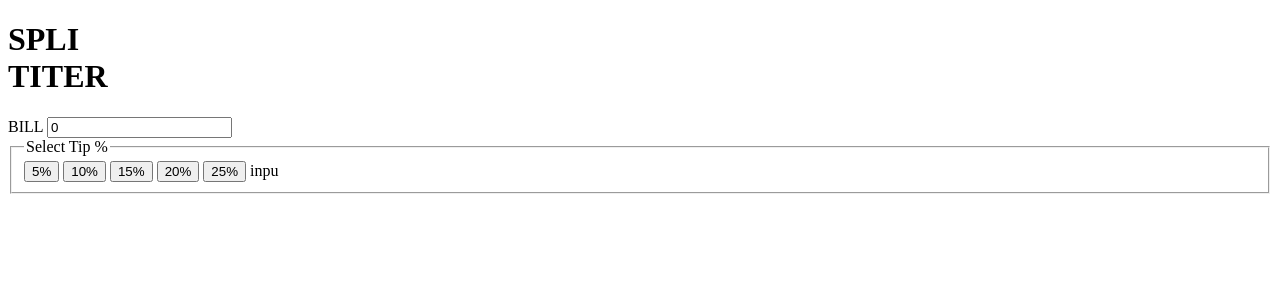
Repository: kellyjohanasalb/calduladora
Page: index.html
The author's editor kept a copy of each file at every save. The page is drawn from the files as they stood at one save, then again after a run of saves.
The browser window is 1280 px wide. The pictures show the whole page.

Above is the page before, as saved 2023-08-15 21:14:41.

### index.html
<!DOCTYPE html>
<html lang="en">
<head>
    <meta charset="UTF-8">
    <meta name="viewport" content="width=, initial-scale=1.0">
    <title>Calculadora</title>
</head>
<body>
    <header class="header">
        <h1 class="header__title">SPLI <br> TITER</h1>
    </header>
    <section class="calculator-container">
        <div class="inputs-section">
            <label for="bill" class="inputs-section__bill-label">BILL</label>
            <input id="bill"  class="inputs-section__bill-input" type="nukber"  value="0">

            <fieldset clas="btns">
                <legend class="btns__legend">Select Tip %</legend>
                <button class="btns__button btns__button--selected">5%</button>
                <button class="btns__button">10%</button>
                <button class="btns__button">15%</button>
                <button class="btns__button">20%</button>
                <button class="btns__button">25%</button>
                inpu
            </fieldset>
        </div>
        <div class="result-section">

        </div>
    </section>
</body>
</html>

After the next 2 saves:
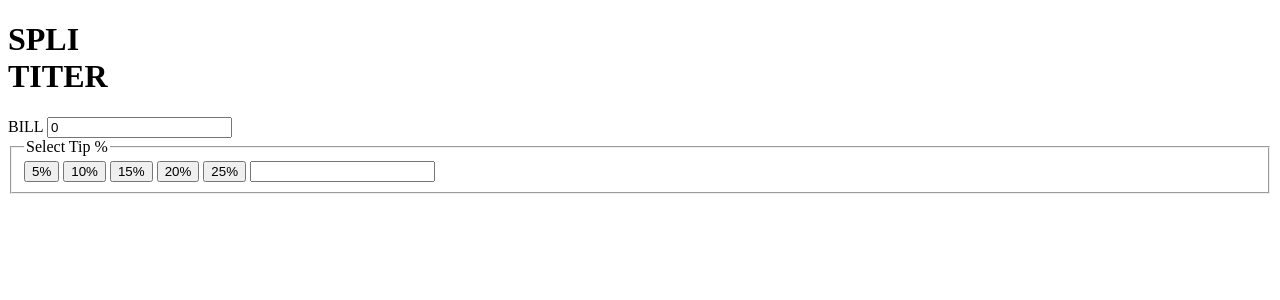
The 2 saves are shown as one change because they came seconds apart.
The last was saved 9 s later.
--- a/index.html
+++ b/index.html
@@ -21,7 +21,7 @@
                 <button class="btns__button">15%</button>
                 <button class="btns__button">20%</button>
                 <button class="btns__button">25%</button>
-                inpu
+                <input type="" name="" value="">
             </fieldset>
         </div>
         <div class="result-section">
